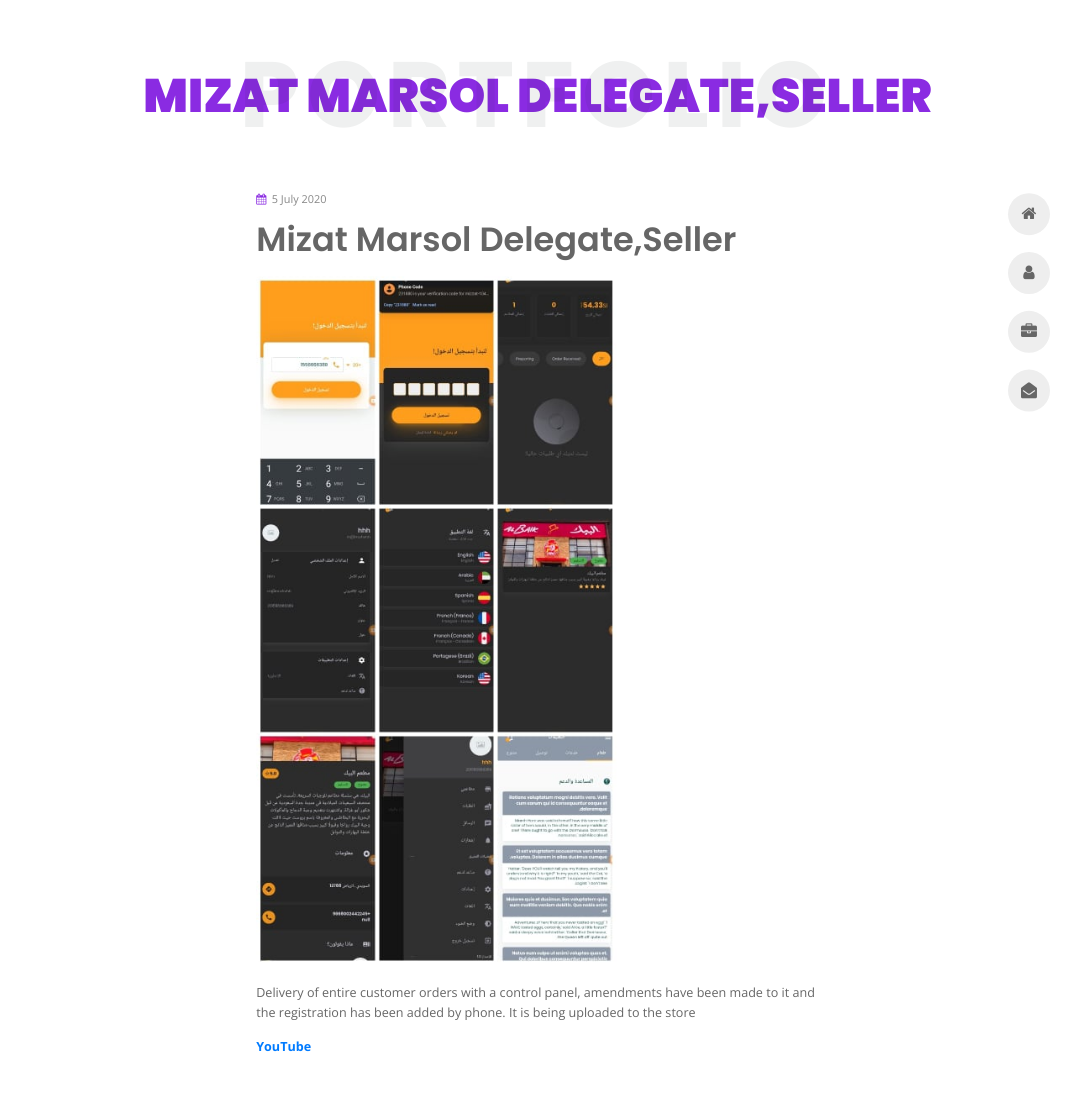
Repository: mhamdimno/mywebsite
Page: projects/mizat_marsol_client/index.html
These files come from the project's save history. The page is drawn as it stood at one moment and after the next save; the edit follows.
The browser window is 1280 px wide. The pictures show the whole page, at 84% of full size.

Above is the page before, as saved 2021-01-31 08:25:08.

### projects/mizat_marsol_client/index.html
<!DOCTYPE html>
<html lang="en">

<head>
    <meta charset="utf-8">
    <title>Portfoilio | Mizat Marsol Client</title>
    <meta name="viewport" content="width=device-width, initial-scale=1">

    <!-- Template Google Fonts -->
    <link href="https://fonts.googleapis.com/css?family=Poppins:400,400i,500,500i,600,600i,700,700i,800,800i,900,900i" rel="stylesheet">
    <link href="https://fonts.googleapis.com/css?family=Open+Sans:300,400,400i,600,600i,700" rel="stylesheet">

    <!-- Template CSS Files -->
    <link href="../../css/bootstrap.min.css" rel="stylesheet">
    <link href="../../css/preloader.min.css" rel="stylesheet">
    <link href="../../css/circle.css" rel="stylesheet">
    <link href="../../css/font-awesome.min.css" rel="stylesheet">
    <link href="../../css/fm.revealator.jquery.min.css" rel="stylesheet">
    <link href="../../css/style.css" rel="stylesheet">



    <!-- Modernizr JS File -->
    <script src="../../js/modernizr.custom.js"></script>
</head>

<body class="blog-post light">
<!-- Header Starts -->
<header class="header" id="navbar-collapse-toggle">
    <!-- Fixed Navigation Starts -->
    <ul class="icon-menu d-none d-lg-block revealator-slideup revealator-once revealator-delay1">
        <li class="icon-box">
            <i class="fa fa-home"></i>
            <a href="../../index.html">
                <h2>Home</h2>
            </a>
        </li>
        <li class="icon-box">
            <i class="fa fa-user"></i>
            <a href="../../about.html">
                <h2>About</h2>
            </a>
        </li>
        <li class="icon-box">
            <i class="fa fa-briefcase"></i>
            <a href="../../portfolio.html">
                <h2>Portfolio</h2>
            </a>
        </li>
        <li class="icon-box">
            <i class="fa fa-envelope-open"></i>
            <a href="../../contact.html">
                <h2>Contact</h2>
            </a>
        </li>
    </ul>
    <!-- Fixed Navigation Ends -->
    <!-- Mobile Menu Starts -->
    <nav role="navigation" class="d-block d-lg-none">
        <div id="menuToggle">
            <input type="checkbox" />
            <span></span>
            <span></span>
            <span></span>
            <ul class="list-unstyled" id="menu">
                <li><a href="../../index.html"><i class="fa fa-home"></i><span>Home</span></a></li>
                <li><a href="../../about.html"><i class="fa fa-user"></i><span>About</span></a></li>
                <li><a href="../../portfolio.html"><i class="fa fa-folder-open"></i><span>Portfolio</span></a></li>
                <li><a href="../../contact.html"><i class="fa fa-envelope-open"></i><span>Contact</span></a></li>
            </ul>
        </div>
    </nav>
    <!-- Mobile Menu Ends -->
</header>
<!-- Header Ends -->
<!-- Page Title Starts -->
<section class="title-section text-left text-sm-center revealator-slideup revealator-once revealator-delay1">
    <h1><span>Mizat Marsol Delegate,Seller</span></h1>
    <span class="title-bg">Portfolio</span>
</section>
<!-- Page Title Ends -->
<!-- Main Content Starts -->
<section class="main-content revealator-slideup revealator-once revealator-delay1">
    <div class="container">
        <div class="row">
            <!-- Article Starts -->
            <article class="col-12">
                <!-- Meta Starts -->
                <div class="meta open-sans-font">
                    <span class="date"><i class="fa fa-calendar"></i> 5 July 2020</span>
                    <span></span>
                </div>
                <!-- Meta Ends -->
                <!-- Article Content Starts -->
                    <h1 class="text-uppercase text-capitalize">Mizat Marsol Delegate,Seller</h1>

                <img src="../../img/projects/mizat_marsol_delegate.jpg" class="img-fluid" alt="Blog image"/>
                <div class="blog-excerpt open-sans-font pb-5">
                    <p>Delivery of entire customer orders with a control panel, amendments have been made to it and the registration has been added by phone. It is being uploaded to the store</p>

                    <p>
                        <strong><a href="https://youtu.be/oBklRxNfKb4" target="_blank">YouTube</a></strong>

                        <!--<div class="videoWrapper">
                            <iframe width="560" height="349" src="https://www.youtube.com/watch?v=rwyUKQitc4o&feature=youtu.be" frameborder="0" allowfullscreen></iframe>
                          </div>-->
                    </p>

                </div>
                <!-- Article Content Ends -->
            </article>
            <!-- Article Ends -->
        </div>
    </div>
</section>
<!-- Template JS Files -->
<script src="../../js/jquery-3.5.0.min.js"></script>
<script src="../../js/styleswitcher.js"></script>
<script src="../../js/preloader.min.js"></script>
<script src="../../js/fm.revealator.jquery.min.js"></script>
<script src="../../js/imagesloaded.pkgd.min.js"></script>
<script src="../../js/masonry.pkgd.min.js"></script>
<script src="../../js/classie.js"></script>
<script src="../../js/cbpGridGallery.js"></script>
<script src="../../js/jquery.hoverdir.js"></script>
<script src="../../js/popper.min.js"></script>
<script src="../../js/bootstrap.js"></script>
<script src="../../js/custom.js"></script>

</body>

</html>

Loaded but not shown: css/bootstrap.min.css (library); css/preloader.min.css (common file); css/font-awesome.min.css (library); css/fm.revealator.jquery.min.css (common file); js/modernizr.custom.js (library); js/jquery-3.5.0.min.js (library); js/preloader.min.js (common file); js/fm.revealator.jquery.min.js (common file); js/imagesloaded.pkgd.min.js (library); js/masonry.pkgd.min.js (library); js/jquery.hoverdir.js (library); js/popper.min.js (library); js/bootstrap.js (library); js/cbpGridGallery.js (364 lines, source omitted); js/styleswitcher.js (218 lines, source omitted); js/custom.js (142 lines, source omitted); js/classie.js (68 lines, source omitted); css/style.css (1791 lines, source omitted); css/circle.css (1054 lines, source omitted)

After the next save:
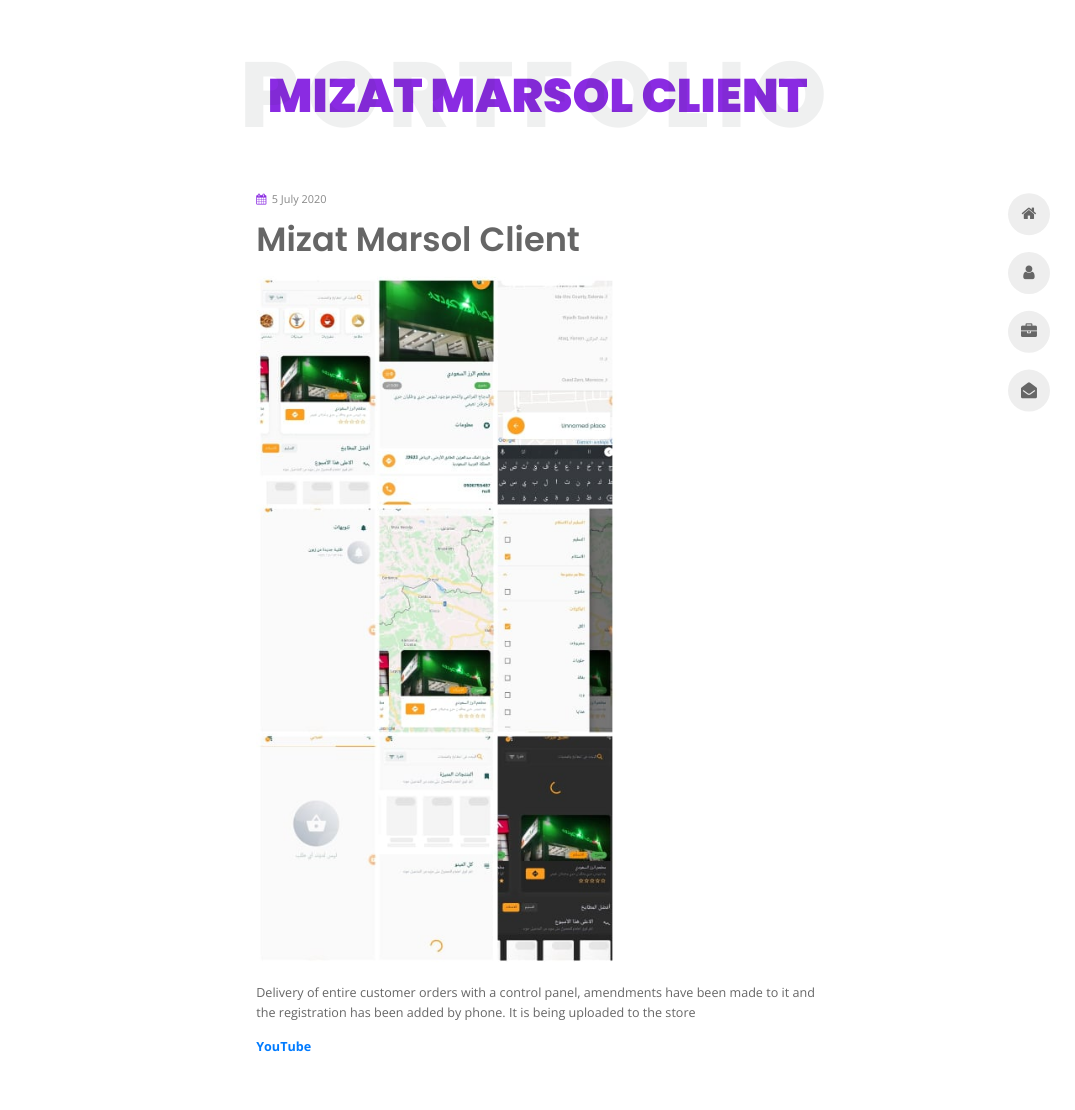
Saved 41 s later.
--- a/projects/mizat_marsol_client/index.html
+++ b/projects/mizat_marsol_client/index.html
@@ -75,7 +75,7 @@
 <!-- Header Ends -->
 <!-- Page Title Starts -->
 <section class="title-section text-left text-sm-center revealator-slideup revealator-once revealator-delay1">
-    <h1><span>Mizat Marsol Delegate,Seller</span></h1>
+    <h1><span>Mizat Marsol Client</span></h1>
     <span class="title-bg">Portfolio</span>
 </section>
 <!-- Page Title Ends -->
@@ -92,9 +92,9 @@
                 </div>
                 <!-- Meta Ends -->
                 <!-- Article Content Starts -->
-                    <h1 class="text-uppercase text-capitalize">Mizat Marsol Delegate,Seller</h1>
+                    <h1 class="text-uppercase text-capitalize">Mizat Marsol Client</h1>
 
-                <img src="../../img/projects/mizat_marsol_delegate.jpg" class="img-fluid" alt="Blog image"/>
+                <img src="../../img/projects/mizat_marsol_client.jpg" class="img-fluid" alt="Blog image"/>
                 <div class="blog-excerpt open-sans-font pb-5">
                     <p>Delivery of entire customer orders with a control panel, amendments have been made to it and the registration has been added by phone. It is being uploaded to the store</p>
 
